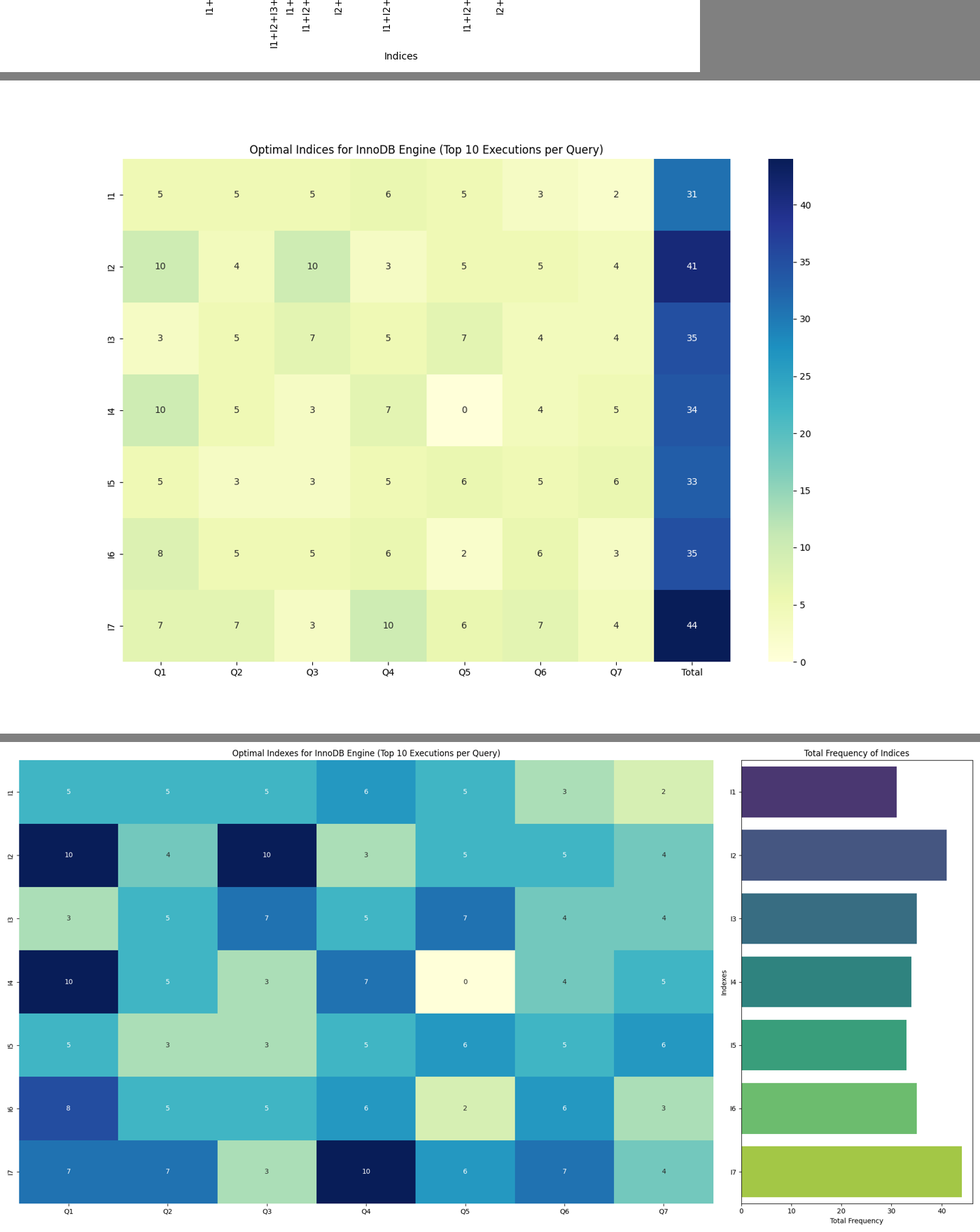
Repository: MarioPasc/Base-de-Datos-Microbiomas
Script's output: python src/mysql_performance_analysis.py
These files come from the project's save history. The script's output is drawn as it stood at one moment and after the next save; the edit follows.
The pictures show rows 4878 to 6638 of an output 6638 px tall, at 70% of full size.
Each picture stacks the figures in order, with grey between them; figures that are only written to a file come last. Figures wider than 1,400 px are first shrunk to that width. Random numbers start from a fixed seed.

Above is the script's output before, as saved 2024-06-08 11:46:33.

### src/mysql_performance_analysis.py
import pandas as pd
import seaborn as sns
import matplotlib.pyplot as plt
import numpy as np
from scipy.cluster.hierarchy import linkage
from scipy.spatial.distance import pdist
from typing import Any

class CSVVisualizer:
    def __init__(self, csv_path: str, figure_path: str):
        self.csv_path = csv_path
        self.figure_path = figure_path
        self.data = self.read_csv()

    def read_csv(self) -> pd.DataFrame:
        """Reads the CSV file and returns a pandas DataFrame."""
        return pd.read_csv(self.csv_path)

    def normalize_data(self, data: pd.DataFrame) -> pd.DataFrame:
        """Normalizes the data to have zero mean and unit variance."""
        return (data - data.mean()) / data.std()

    def plot_clustered_heatmap(self) -> None:
        """Generates and saves a clustered heatmap from the DataFrame."""
        # Pivot the data to have queries as columns and engines/indices as rows
        data_pivot = self.data.pivot(index='Engine', columns='Indices', values=['Q1', 'Q2', 'Q3', 'Q4', 'Q5', 'Q6', 'Q7'])

        # Flatten the multi-level column index for easier processing
        data_pivot.columns = ['_'.join(map(str, col)).strip() for col in data_pivot.columns.values]

        # Normalize the data
        data_normalized = self.normalize_data(data_pivot)

        # Compute the distance matrix and hierarchical clustering
        dist_matrix = pdist(data_normalized.T, metric='euclidean')
        linkage_matrix = linkage(dist_matrix, method='ward')

        # Plot clustered heatmap
        plt.figure(figsize=(20, 15))
        sns.clustermap(data_normalized, row_cluster=False, col_linkage=linkage_matrix, cmap='viridis')
        plt.savefig(f"{self.figure_path}clustered_heatmap.png")
        plt.close()

    def plot_boxplot(self) -> None:
        """Generates and saves a boxplot for query execution times by engine with mean times in legend."""
        # Compute the mean execution time across all queries for each index and engine
        self.data['MeanQueryTime'] = self.data[['Q1', 'Q2', 'Q3', 'Q4', 'Q5', 'Q6', 'Q7']].mean(axis=1)

        # Calculate the mean times for each engine
        mean_times = self.data.groupby('Engine')['MeanQueryTime'].mean().to_dict()

        # Define the order of engines and a custom palette
        engine_order = ['MyISAM', 'MEMORY', 'InnoDB']
        palette = {'InnoDB': '#5DADE2', 'MEMORY': '#58D68D', 'MyISAM': '#EC7063'}

        plt.figure(figsize=(15, 10))
        boxplot = sns.boxplot(x='Engine', y='MeanQueryTime', data=self.data, order=engine_order, palette=palette)
        plt.ylabel("Mean Execution Time (ms)")
        plt.xlabel("Storage Engine")
        plt.title("Distribution of Mean Query Execution Times by Storage Engine")

        # Add the mean times to the legend
        legend_labels = [f'{engine} (mean: {mean_times[engine]/1000:.4f}s)' for engine in engine_order]
        handles = [plt.Line2D([0], [0], color=palette[engine], lw=4) for engine in engine_order]
        plt.legend(handles, legend_labels, title="Engines")

        plt.savefig(f"{self.figure_path}boxplot.png")
        plt.close()

    def plot_clustered_heatmap_by_engine(self) -> None:
        """Generates and saves a clustered heatmap for each engine."""
        engines = self.data['Engine'].unique()
        for engine in engines:
            data_subset = self.data[self.data['Engine'] == engine]
            melted_data = pd.melt(data_subset, id_vars=['Indices'], value_vars=['Q1', 'Q2', 'Q3', 'Q4', 'Q5', 'Q6', 'Q7'])
            data_pivot = melted_data.pivot(index='variable', columns='Indices', values='value')
            data_normalized = self.normalize_data(data_pivot)
            dist_matrix = pdist(data_normalized.T, metric='euclidean')
            linkage_matrix = linkage(dist_matrix, method='ward')

            plt.figure(figsize=(20, 15))
            sns.clustermap(data_normalized, row_cluster=False, col_linkage=linkage_matrix, cmap='viridis')
            plt.title(f"Clustered Heatmap for Engine: {engine}")
            plt.savefig(f"{self.figure_path}clustered_heatmap_{engine}.png")
            plt.close()

    def plot_innodb_optimal_indices_heatmap(self, n: int = 10) -> None:
        """Finds and plots the optimal indices heatmap for InnoDB engine."""
        innodb_data = self.data[self.data['Engine'] == 'InnoDB']
        optimal_indices = {f'Q{i+1}': [] for i in range(7)}

        for i, query in enumerate(['Q1', 'Q2', 'Q3', 'Q4', 'Q5', 'Q6', 'Q7']):
            top_n_rows = innodb_data.nsmallest(n, query)
            for indices in top_n_rows['Indices']:
                optimal_indices[f'Q{i+1}'].extend(indices.split('+'))

        # Create a DataFrame for the heatmap
        index_set = sorted(set(idx for indices in optimal_indices.values() for idx in indices))
        heatmap_data = pd.DataFrame(0, index=index_set, columns=['Q1', 'Q2', 'Q3', 'Q4', 'Q5', 'Q6', 'Q7'])

        for query, indices in optimal_indices.items():
            for idx in indices:
                heatmap_data.at[idx, query] += 1

        heatmap_data['Total'] = heatmap_data.sum(axis=1)

        plt.figure(figsize=(15, 10))
        sns.heatmap(heatmap_data, annot=True, cmap='YlGnBu')
        plt.title(f"Optimal Indices for InnoDB Engine (Top {n} Executions per Query)")
        plt.savefig(f"{self.figure_path}optimal_indices_heatmap_innodb_top_{n}.png")
        plt.close()

    def plot_innodb_optimal_indices_heatmap_and_freq(self, n: int = 10) -> None:
        """Finds and plots the optimal indices heatmap for InnoDB engine."""
        innodb_data = self.data[self.data['Engine'] == 'InnoDB']
        optimal_indices = {f'Q{i+1}': [] for i in range(7)}

        for i, query in enumerate(['Q1', 'Q2', 'Q3', 'Q4', 'Q5', 'Q6', 'Q7']):
            top_n_rows = innodb_data.nsmallest(n, query)
            for indices in top_n_rows['Indices']:
                optimal_indices[f'Q{i+1}'].extend(indices.split('+'))

        # Create a DataFrame for the heatmap
        index_set = sorted(set(idx for indices in optimal_indices.values() for idx in indices))
        heatmap_data = pd.DataFrame(0, index=index_set, columns=['Q1', 'Q2', 'Q3', 'Q4', 'Q5', 'Q6', 'Q7'])

        for query, indices in optimal_indices.items():
            for idx in indices:
                heatmap_data.at[idx, query] += 1

        # Calculate the total frequency for the bar plot
        total_counts = heatmap_data.sum(axis=1)

        # Plotting
        fig, axes = plt.subplots(ncols=2, figsize=(20, 10), gridspec_kw={'width_ratios': [3, 1]})

        # Heatmap
        sns.heatmap(heatmap_data, annot=True, cmap='YlGnBu', cbar=False, ax=axes[0])
        axes[0].set_title(f"Optimal Indexes for InnoDB Engine (Top {n} Executions per Query)")

        # Bar plot
        sns.barplot(x=total_counts.values, y=total_counts.index, palette='viridis', ax=axes[1])
        axes[1].set_xlabel('Total Frequency')
        axes[1].set_ylabel('Indexes')
        axes[1].set_title('Total Frequency of Indices')

        plt.tight_layout()
        plt.savefig(f"{self.figure_path}optimal_indices_heatmap_innodb_top_{n}.png")
        plt.close()

if __name__ == "__main__":
    csv_path = "./query_optimization/mysql/mysql_encoded_optimization_results.csv"
    figure_path = "./query_optimization/mysql/figures/"

    visualizer = CSVVisualizer(csv_path, figure_path)
    visualizer.plot_clustered_heatmap()
    visualizer.plot_boxplot()
    visualizer.plot_clustered_heatmap_by_engine()
    visualizer.plot_innodb_optimal_indices_heatmap()
    visualizer.plot_innodb_optimal_indices_heatmap_and_freq()
    print(f"Visualizations saved to {figure_path}")

Loaded but not shown: query_optimization/mysql/mysql_encoded_optimization_results.csv (385 lines, source omitted)

After the next save:
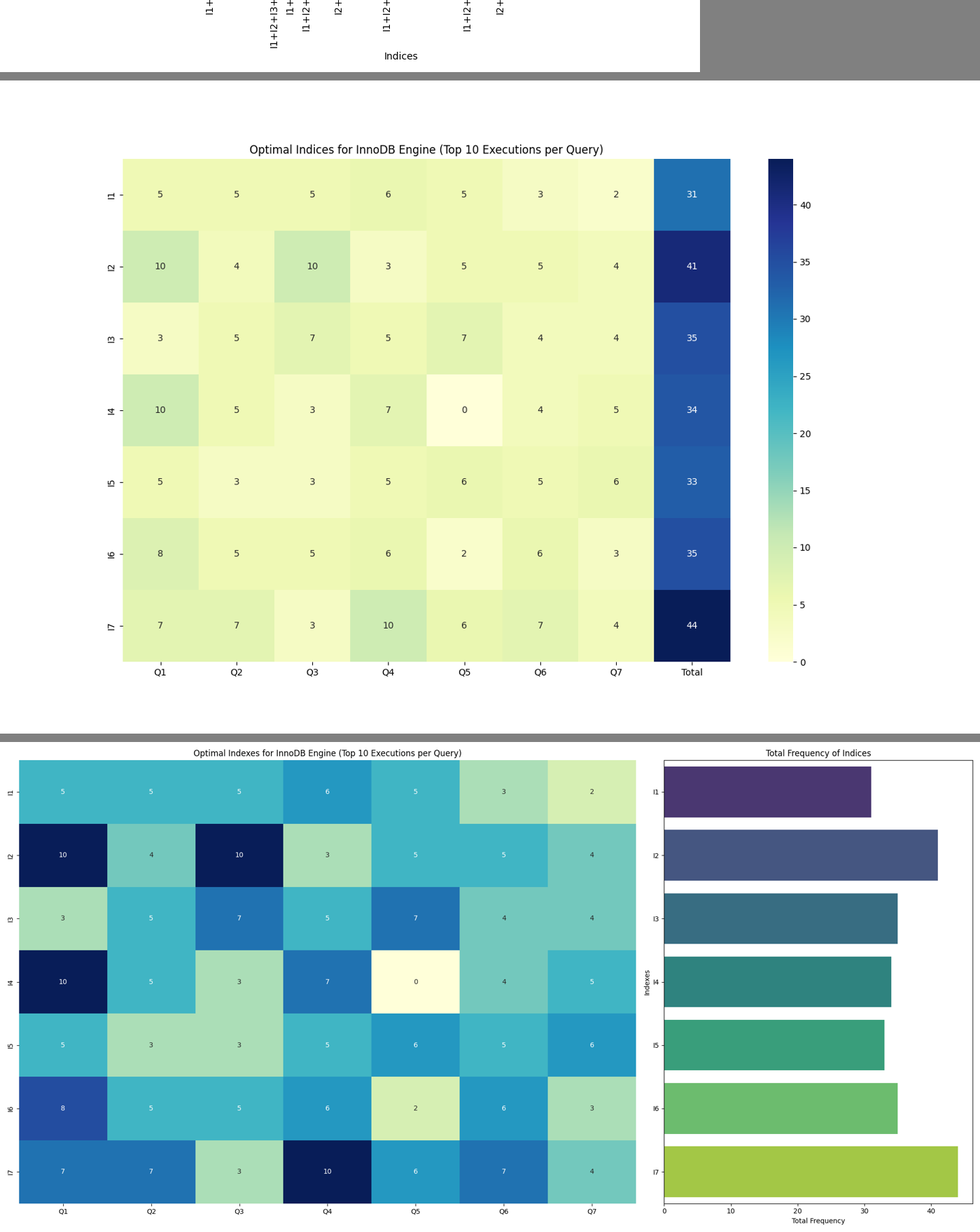
Saved 13 s later.
--- a/src/mysql_performance_analysis.py
+++ b/src/mysql_performance_analysis.py
@@ -132,7 +132,7 @@ class CSVVisualizer:
         total_counts = heatmap_data.sum(axis=1)
 
         # Plotting
-        fig, axes = plt.subplots(ncols=2, figsize=(20, 10), gridspec_kw={'width_ratios': [3, 1]})
+        fig, axes = plt.subplots(ncols=2, figsize=(20, 10), gridspec_kw={'width_ratios': [2, 1]})
 
         # Heatmap
         sns.heatmap(heatmap_data, annot=True, cmap='YlGnBu', cbar=False, ax=axes[0])
